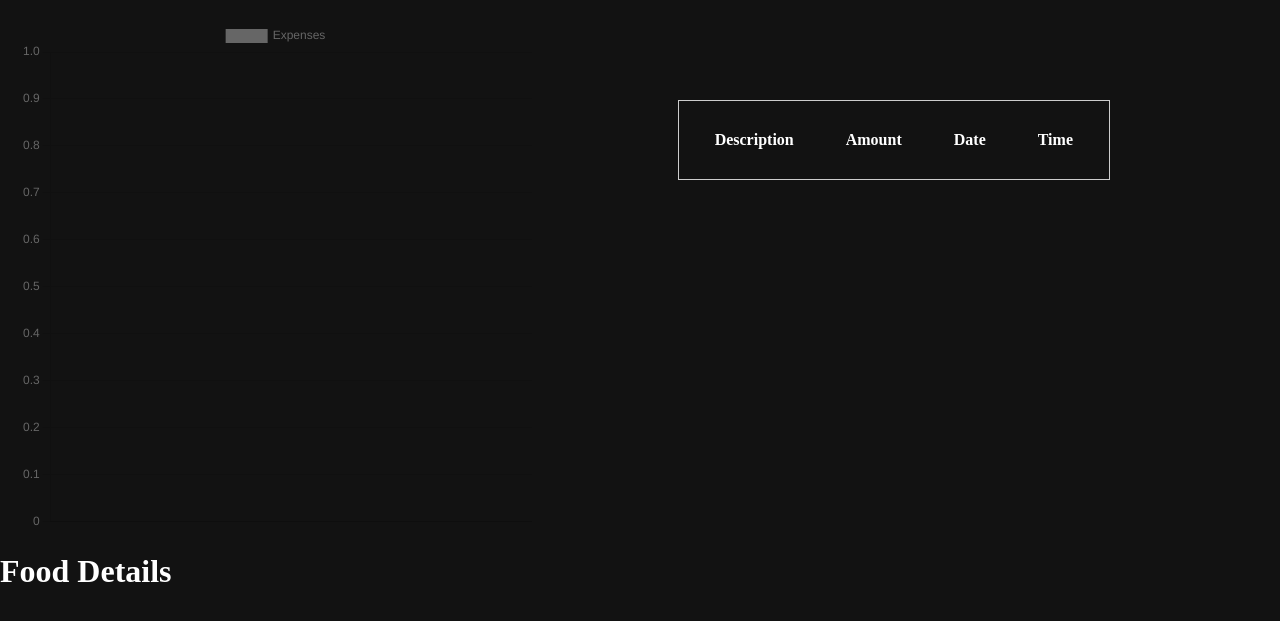
Repository: sarthak-tyagi123/expensetracker12
Page: http://localhost/food_insights
The author's editor kept a copy of each file at every save. The page is drawn from the files as they stood at one save, then again after the next save.
The browser window is 1280 px wide. The pictures show the whole page.
The page is served by the project's Node server (app.js).

Above is the page before, as saved 2025-07-01 16:43:44.

### views/food_insights.ejs
<!DOCTYPE html>
<html lang="en">
<head>
    <meta charset="UTF-8">
    <meta name="viewport" content="width=device-width, initial-scale=1.0">
    <title>Food Insights</title>
    <style>


    body{

      margin: 0;
      padding: 0;
      background-color: #121212;
    }


      .span_box{
      display: flex;
      justify-content: center;
      align-items: center;
      height: 40%;
      width: 40%;
      margin: 20px;


    }


.span2 {
  position: absolute;
  top:100px;
  right:170px;
  padding: 15px;
  color: white;
  max-height: 550px;
  overflow-y: auto;
  border: 1px solid #ccc;
  padding: 10px;

}

table {
  color: white;
  width: 100%;
  border-collapse: collapse;
}

th, td {
  padding: 20px 26px;
  text-align: center;

}

.heading{
  color: white;
}




    </style>
</head>
<body>


<span class="span_box">


<canvas id="myChart" width="400px" height="400px"></canvas>


<script src="https://cdn.jsdelivr.net/npm/chart.js"></script>

<script>
  const labels = <%- JSON.stringify(data.map(e => e.description)) %>;
  const amounts = <%- JSON.stringify(data.map(e => Number(e.amount))) %>;

  function getRandomColor(opacity = 0.6) {
    const r = Math.floor(Math.random() * 256);
    const g = Math.floor(Math.random() * 256);
    const b = Math.floor(Math.random() * 256);
    return `rgba(${r}, ${g}, ${b}, ${opacity})`;
  }

  // Generate random background and border colors for each bar
  const backgroundColors = amounts.map(() => getRandomColor(0.6));
  const borderColors = backgroundColors.map(bg => bg.replace(/[\d\.]+\)$/g, '1)'));


  const ctx = document.getElementById('myChart');




  new Chart(ctx, {
    type: 'bar',
    data: {
      labels: labels,
      datasets: [{
        label: 'Expenses',
        data: amounts,
        backgroundColor: backgroundColors,
        borderColor: borderColors,
        borderWidth: 2
      }]
    },
    options: {
      responsive: true,
      scales: {
        y: {
          beginAtZero: true
        }
      }
    }
  });
</script>
 </span>

  <h1 class="heading">Food Details</h1>
 <span class="span2">

<table>
  <tr>
    <th>Description</th>
    <th>Amount</th>
    <th>Date</th>
    <th>Time</th>
  </tr>
  <% for(let item of data) { %>
    <tr>
      <td><%= item.description %></td>
      <td><%= item.amount %></td>
      <td><%= item.date %></td>
      <td><%= item.time %></td>
    </tr>
  <% } %>
</table>

</span>
</body>
</html>

### app.js
let express=require("express");
let app=express();
app.use(express.urlencoded({ extended: true }));
app.set("view engine",'ejs');

const path=require("path");
app.use(express.static(path.join(__dirname, 'public')));


app.get("/",function(req,res){
    res.render("home.ejs");
})


const transaction_data=[];
app.post("/transactions",function(req,res){
    const {date,time,amount,category,description } = req.body;
    transaction_data.push({date,time,amount,category,description});
    res.render("transactions.ejs",{data:transaction_data || []});
})

// to get the data from transaction page to insights(category)

app.get("/insights", function (req, res) {

  let categoryAmount_result = {};

  for (let txn of transaction_data) {
    let category = txn.category;
    let amount = parseFloat(txn.amount);

    if (categoryAmount_result [category]) {
      categoryAmount_result [category] += amount;
    } else {
      categoryAmount_result [category] = amount;
    }
  }

  res.render("insights.ejs", { data: categoryAmount_result ,});
});





// to get the data from transaction page to food_insights

app.get("/food_insights", function(req, res) {
  let foodData = [];

  for (let txn of transaction_data) {
    if (txn.category.toLowerCase() === 'food') {
      foodData.push({
        description: txn.description,
        amount: parseFloat(txn.amount),
        date: txn.date,
        time: txn.time
      });
    }
  }

  res.render("food_insights.ejs", { data: foodData });
});





app.listen(3000);

After the next save:
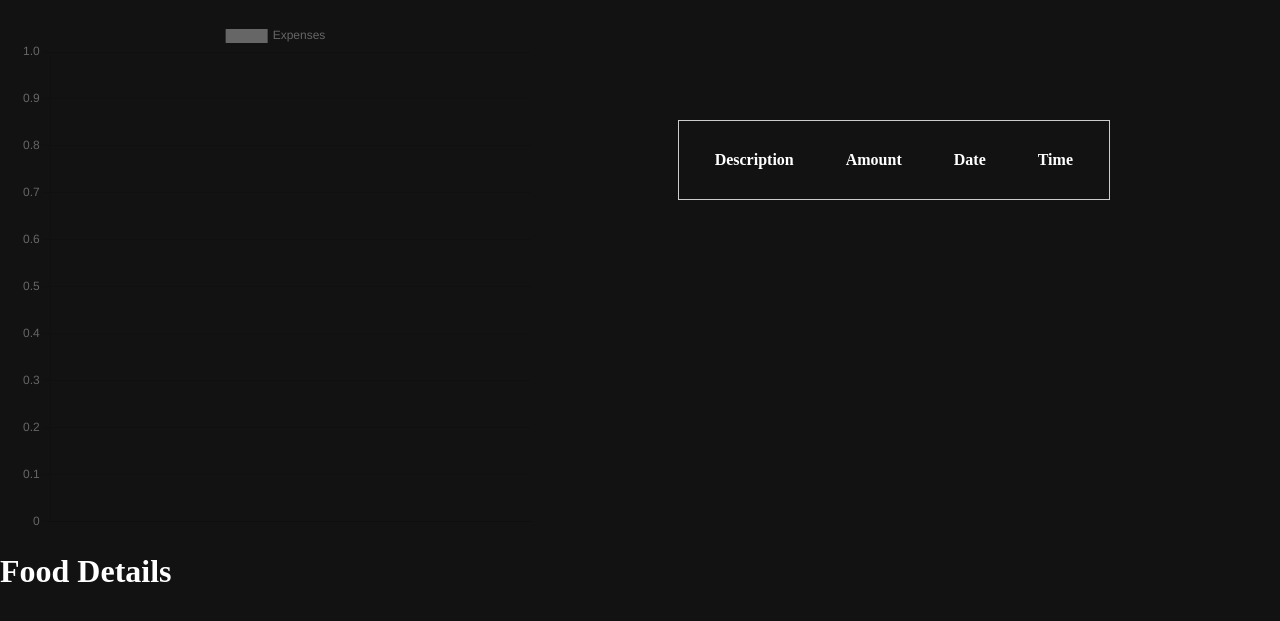
Saved 5 s later.
--- a/views/food_insights.ejs
+++ b/views/food_insights.ejs
@@ -29,7 +29,7 @@
 
 .span2 {
   position: absolute;
-  top:100px;
+  top:120px;
   right:170px;
   padding: 15px;
   color: white;
